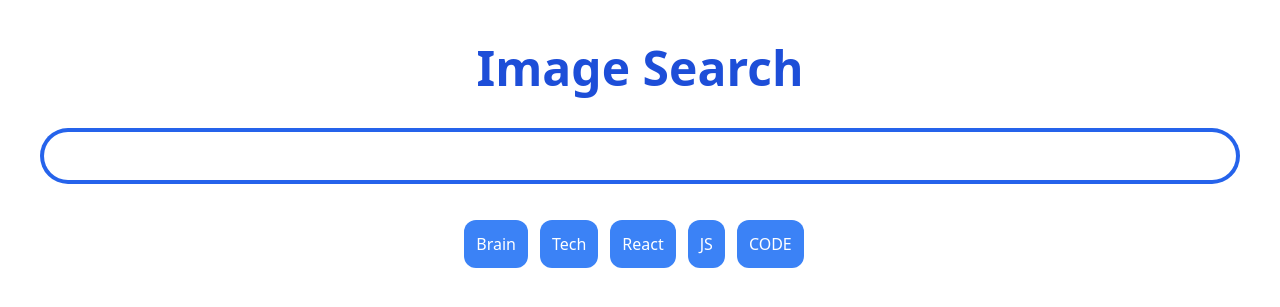
Repository: rkrukshan/react-image-gallery
Page: /
An editor plug-in stored every save of this project. The page is shown before and after the next save, followed by the edit.
The browser window is 1280 px wide. The pictures show the whole page.
The project was rebuilt for these pictures with package versions that can differ from the ones it lists, and the page was loaded fresh each time. Also part of the build but not shown: vite.config.js.

Above is the page before, as saved 2025-01-07 12:54:47.

### src/App.jsx
import Gallery from "./assets/components/Gallery";

export default function App() {
  return (
    <div className="container mx-auto p-11">

    <Gallery/>

    </div>
  )
}

### src/assets/components/Gallery.jsx
export default function Gallery() {
  return (
    <div className="">
      <h1 className="font-bold text-5xl text-blue-700 text-center">
        Image Search
      </h1>
      <div className="mt-10">
        <input type="search" className="w-full rounded-full ring-4 ring-blue-600 p-3" />
      </div>
      <div className="flex justify-center mt-10">
        <button className="bg-blue-500 text-white p-3 mr-3 rounded-xl">Brain</button>
        <button className="bg-blue-500 text-white p-3 mr-3 rounded-xl">Tech</button>
        <button className="bg-blue-500 text-white p-3 mr-3 rounded-xl">React</button>
        <button className="bg-blue-500 text-white p-3 mr-3 rounded-xl">JS</button>
        <button className="bg-blue-500 text-white p-3 mr-3 rounded-xl">CODE</button>
      </div>
    </div>
  );
}

Loaded but not shown: index.html (common file); src/main.jsx (common file); src/index.css (common file); tailwind.config.js (common file)

After the next save:
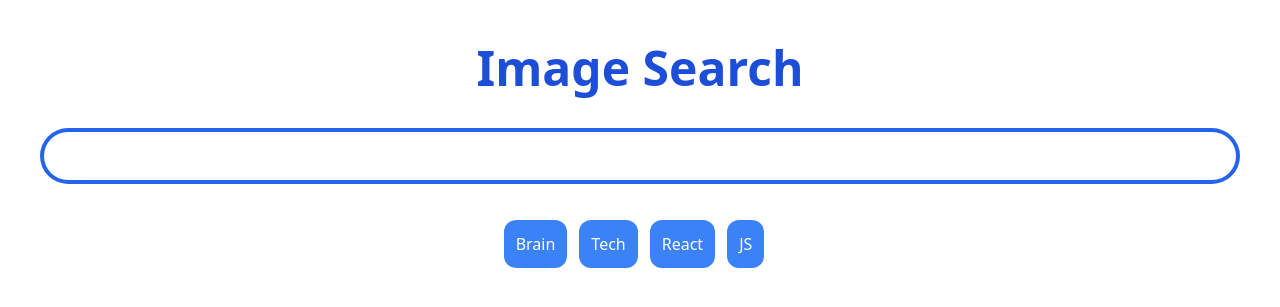
Saved 9 s later.
--- a/src/assets/components/Gallery.jsx
+++ b/src/assets/components/Gallery.jsx
@@ -12,7 +12,6 @@ export default function Gallery() {
         <button className="bg-blue-500 text-white p-3 mr-3 rounded-xl">Tech</button>
         <button className="bg-blue-500 text-white p-3 mr-3 rounded-xl">React</button>
         <button className="bg-blue-500 text-white p-3 mr-3 rounded-xl">JS</button>
-        <button className="bg-blue-500 text-white p-3 mr-3 rounded-xl">CODE</button>
       </div>
     </div>
   );
